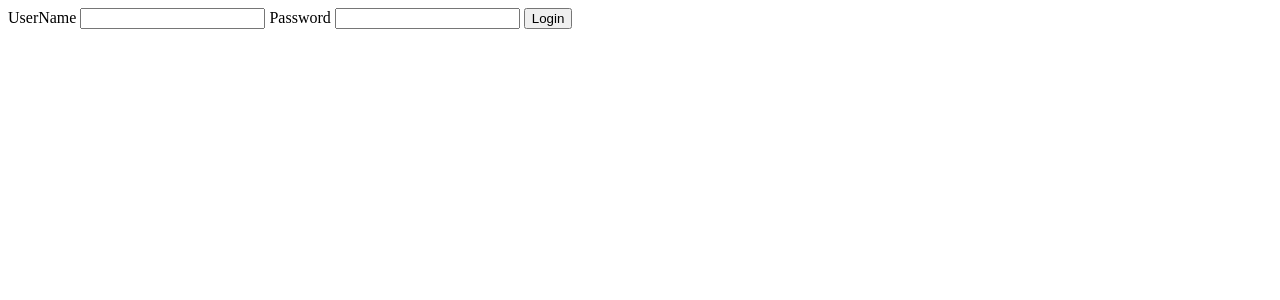
Repository: DhishnaPD/AdvancedJava
Page: http://localhost/Login/
The author's editor kept a copy of each file at every save. The page is drawn from the files as they stood at one save, then again after the next save.
The browser window is 1280 px wide. The pictures show the whole page.
The page is served by Tomcat 9.

Above is the page before, as saved 2024-12-20 11:14:47.

### Login/src/main/webapp/index.jsp
<%@ page language="java" contentType="text/html; charset=ISO-8859-1"
    pageEncoding="ISO-8859-1"%>
    <%@page import="java.sql.*, java.util.*, java.io.*, javax.servlet.*" %>
<%@taglib uri="http://java.sun.com/jsp/jstl/core" prefix="c" %>
<%@taglib uri="http://java.sun.com/jsp/jstl/sql" prefix="sql" %>
<!DOCTYPE html>
<html>
<head>
<meta charset="ISO-8859-1">
<title>Insert title here</title>
</head>
<body>
<form action="login.jsp" method="post">
		<label for="username">UserName</label>
		<input type="text" name="username" id="username">
		<label for="password">Password</label>
		<input type="password" name="password" id="password">
		<input type="submit" value="Login">
	</form>
</body>
</html>

After the next save:
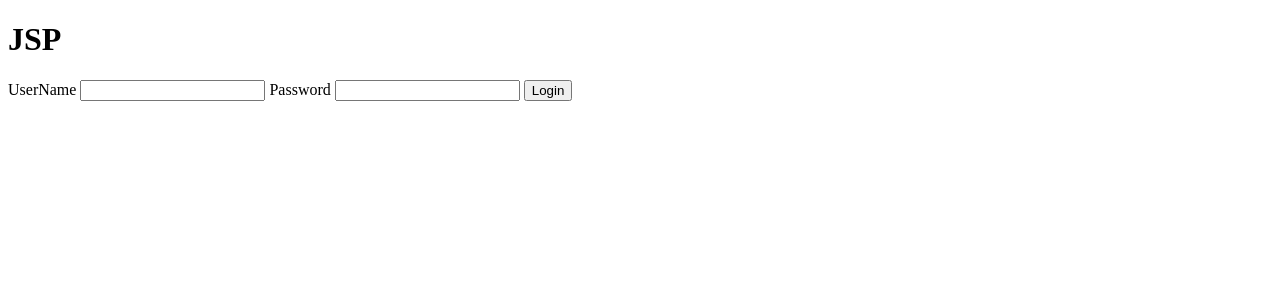
Saved 6 min 49 s later.
--- a/Login/src/main/webapp/index.jsp
+++ b/Login/src/main/webapp/index.jsp
@@ -7,9 +7,10 @@
 <html>
 <head>
 <meta charset="ISO-8859-1">
-<title>Insert title here</title>
+<title>index</title>
 </head>
 <body>
+<h1>JSP</h1>
 <form action="login.jsp" method="post">
 		<label for="username">UserName</label>
 		<input type="text" name="username" id="username">
